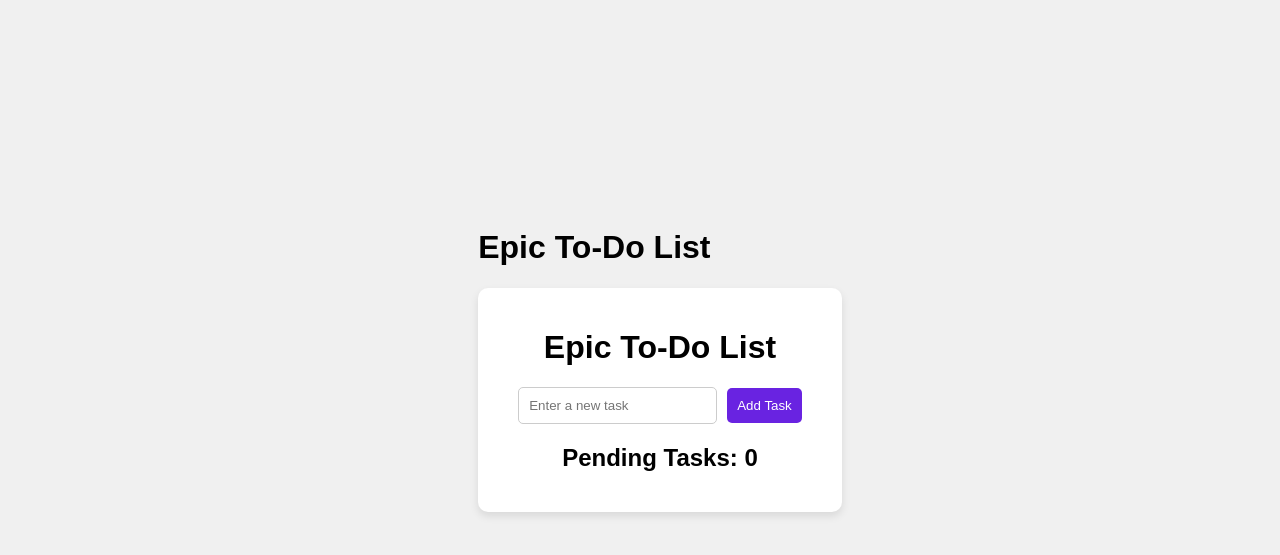
Repository: jgache/COMP-3170-0-Lab4
Page: /
The author's editor kept a copy of each file at every save. The page is drawn from the files as they stood at one save, then again after the next save.
The browser window is 1280 px wide. The pictures show the whole page.
The project was rebuilt for these pictures with package versions that can differ from the ones it lists, and the page was loaded fresh each time. Also part of the build but not shown: vite.config.js, src/components/Task.jsx.

Above is the page before, as saved 2024-10-22 16:01:02.

After the next save:
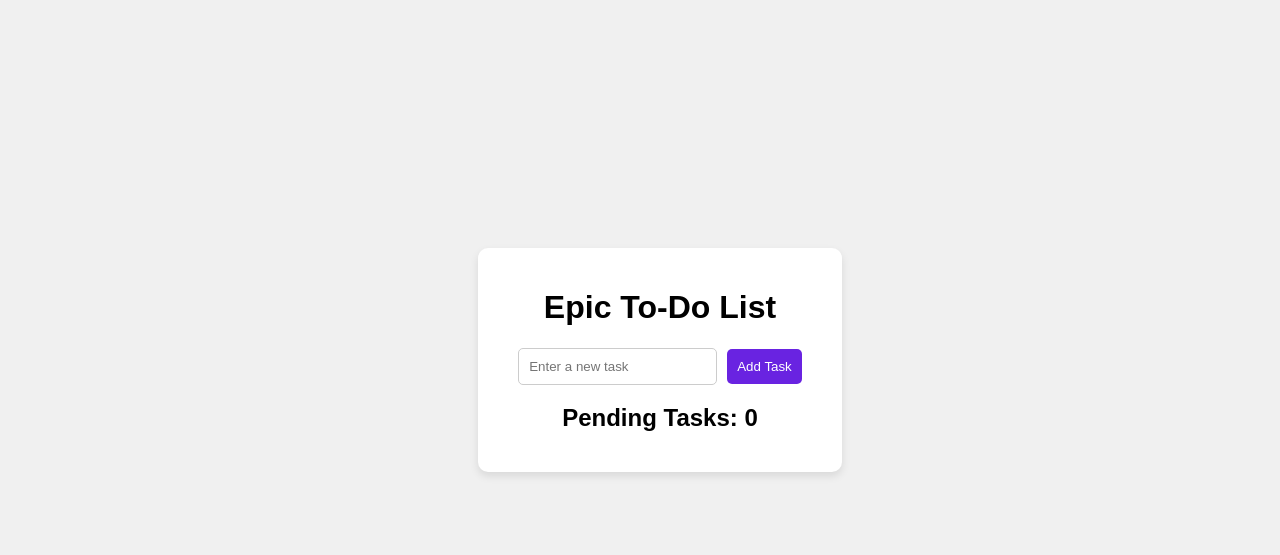
Saved 5 s later.
--- a/src/App.jsx
+++ b/src/App.jsx
@@ -28,7 +28,6 @@ function App() {
     return (
 
         <>
-        <h1>Epic To-Do List</h1>
         <div className="app-container">
         <h1>Epic To-Do List</h1>
 
